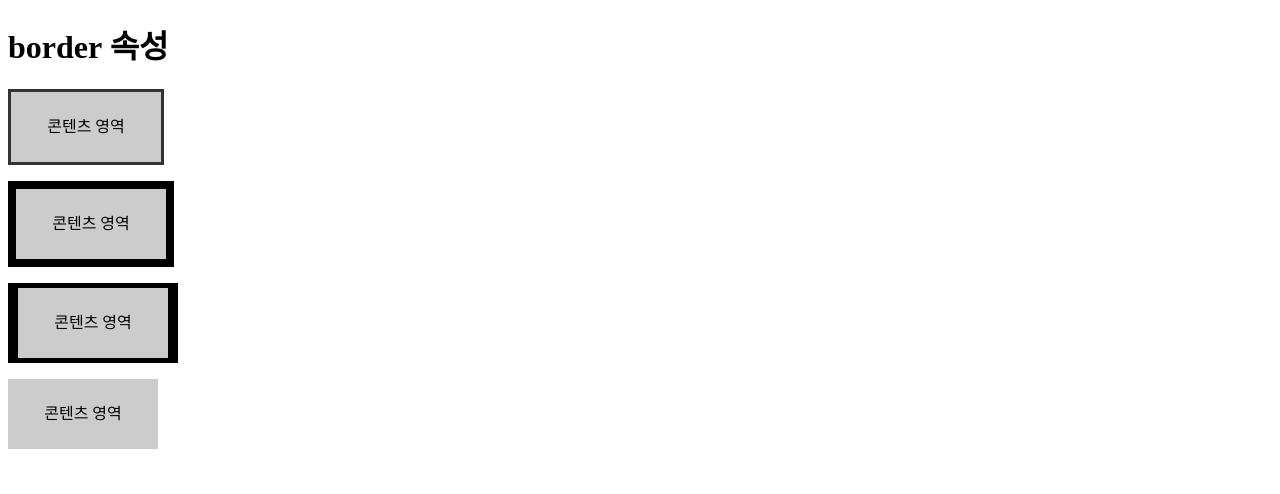
Repository: cussip/SuperHands
Page: WebExam/src/main/webapp/css/box_model/border.html
The author's editor kept a copy of each file at every save. The page is drawn from the files as they stood at one save, then again after the next save.
The browser window is 1280 px wide. The pictures show the whole page.

Above is the page before, as saved 2022-01-31 04:49:13.

After the next save:
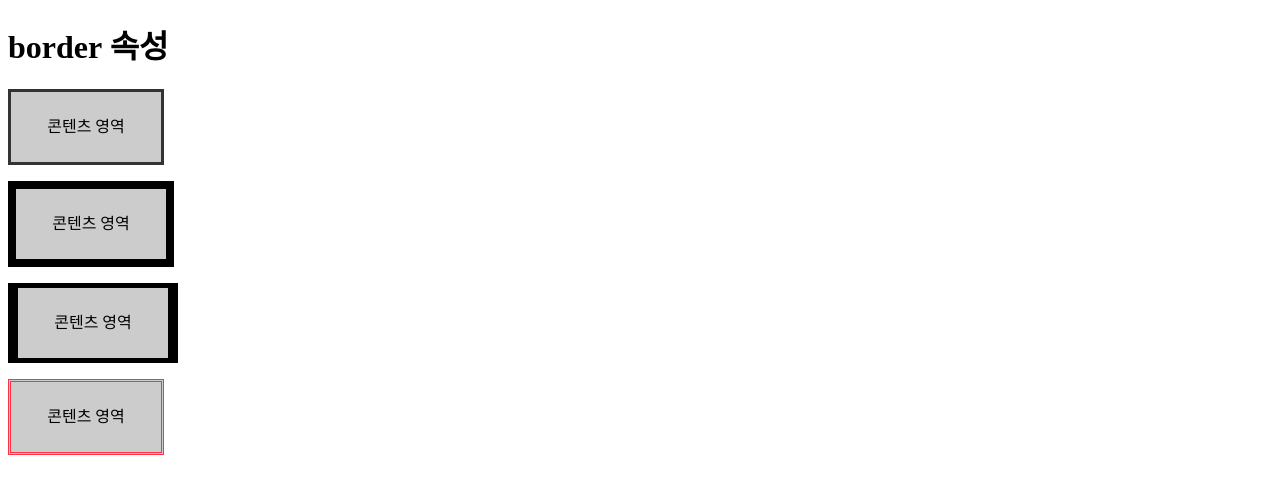
Saved 8 s later.
--- a/WebExam/src/main/webapp/css/box_model/border.html
+++ b/WebExam/src/main/webapp/css/box_model/border.html
@@ -24,7 +24,7 @@
 		}
 		.border04 {
 			border-color: #FF3344;
-			border-sytle: double;
+			border-style: double;
 			border-width: 3px;
 		}
 
